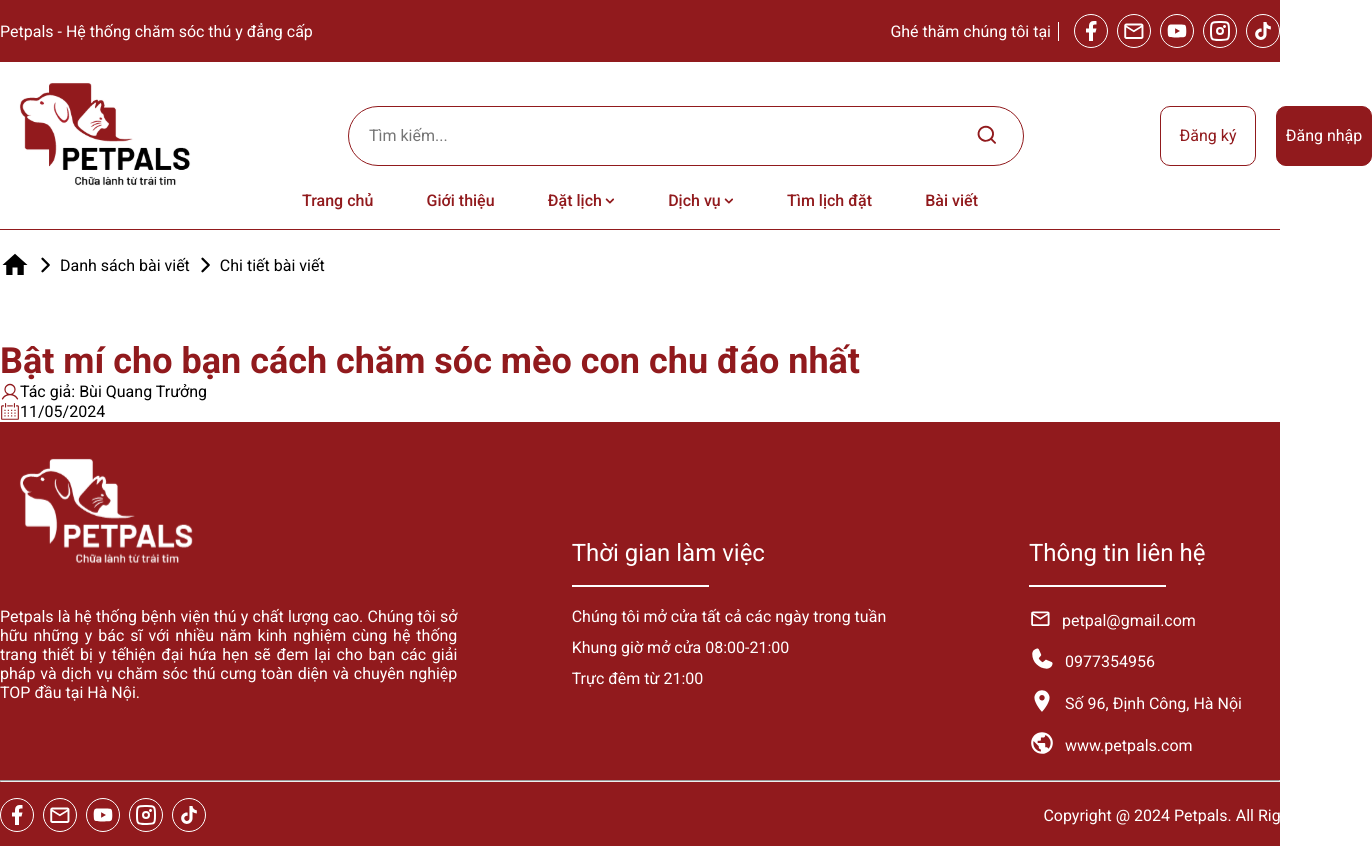
Repository: ahntrung1909/Petpals
Page: /danh-sach-bai-viet/chi-tiet-bai-viet (app in petpals-user-main/)
The author's editor kept a copy of each file at every save. The page is drawn from the files as they stood at one save, then again after the next save.
The browser window is 1280 px wide. The page is 1372 px wide, so the pictures cover 1372 px, including what lies to the right of the window. The pictures show the whole page.
The project was rebuilt for these pictures with package versions that can differ from the ones it lists, and the page was loaded fresh each time. The framework's server and built-in components were replaced by stand-ins that run in the browser. Also part of the build but not shown: petpals-user-main/next.config.js, petpals-user-main/next.config.mjs.

Above is the page before, as saved 2024-04-14 17:32:51.

After the next save:
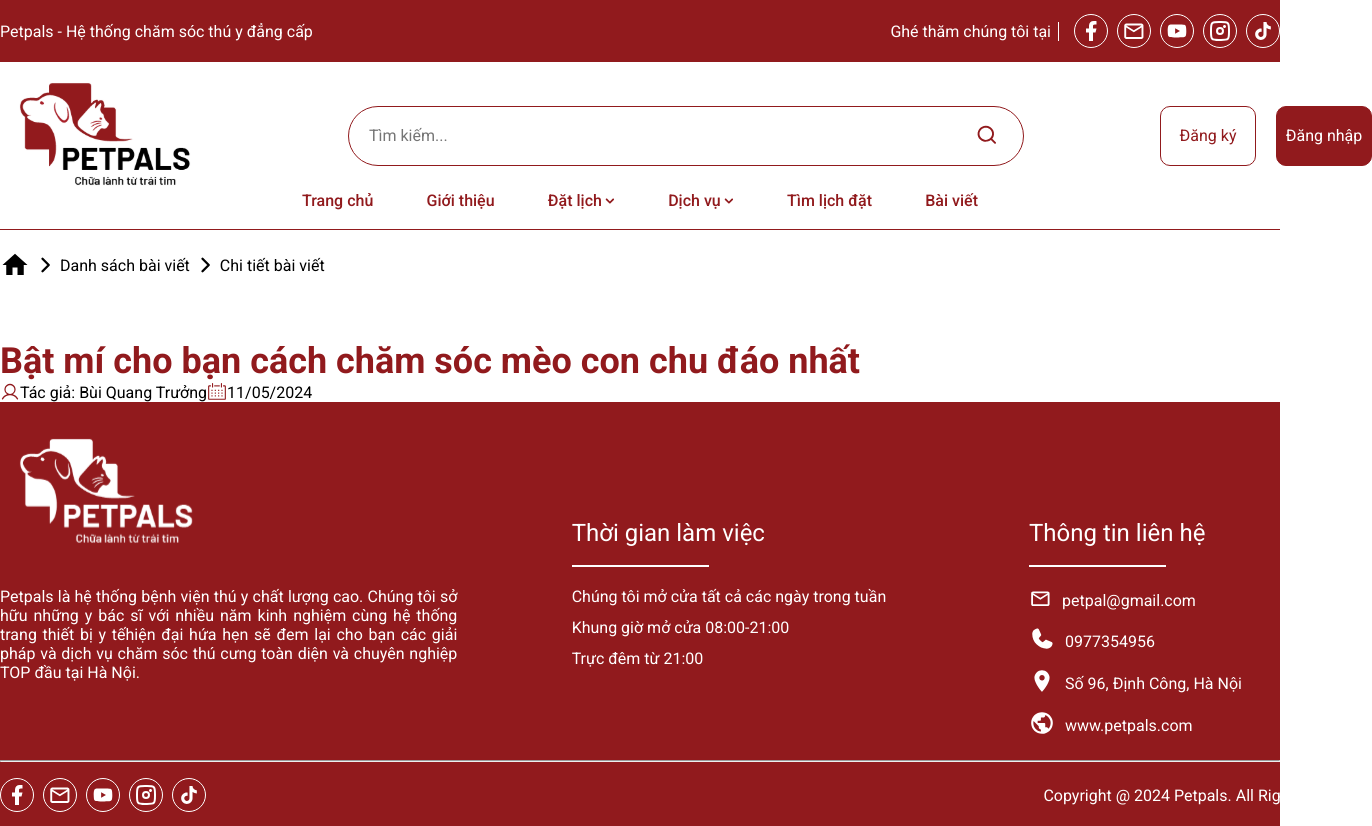
Saved 17 s later.
--- a/petpals-user-main/src/app/danh-sach-bai-viet/chi-tiet-bai-viet/style.scss
+++ b/petpals-user-main/src/app/danh-sach-bai-viet/chi-tiet-bai-viet/style.scss
@@ -15,8 +15,11 @@
     color: $BROWN_500;
   }
   .article-author-time {
+    display: flex;
+    align-items: center;
     .article-item {
       display: flex;
+      align-items: center;
       img {
         width: 20px;
         height: 20px;
